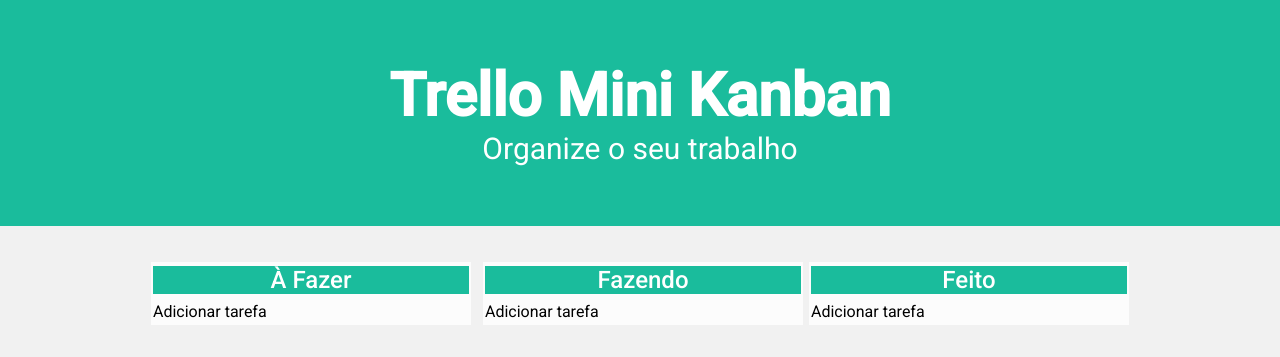
Repository: douglasabnovato/byteclass
Page: trello-mini-kanban/index.html
An editor plug-in stored every save of this project. The page is shown before and after the next save, followed by the edit.
The browser window is 1280 px wide. The pictures show the whole page.

Above is the page before, as saved 2025-07-31 21:11:51.

After the next save:
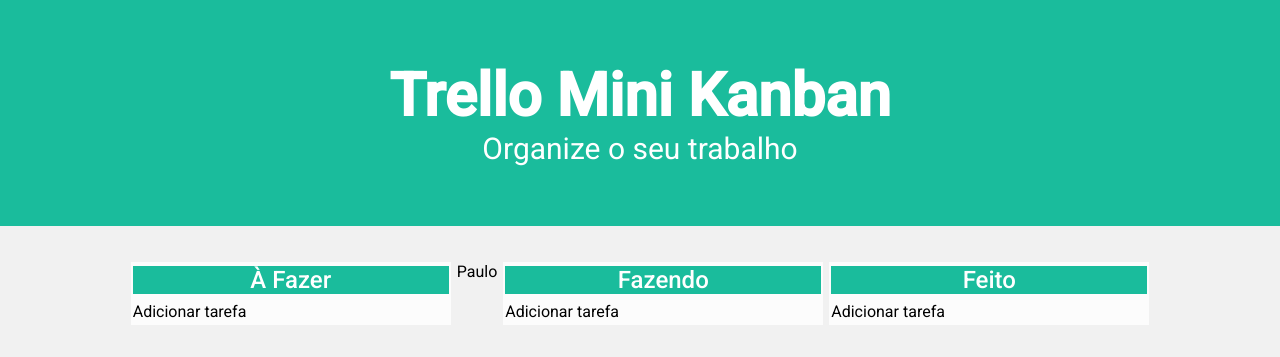
Saved 23 s later.
--- a/trello-mini-kanban/index.html
+++ b/trello-mini-kanban/index.html
@@ -37,9 +37,11 @@
           <div class="b">
             <div class="c"></div>
           </div>
-          <div class="b"><div class="c d"></div></div>
+          <div class="b"><div class="c d">Paulo</div></div>
           <div class="b"></div>
         </div>
+
+
 
         <div class="board">
           <h3 class="title">Fazendo</h3>
